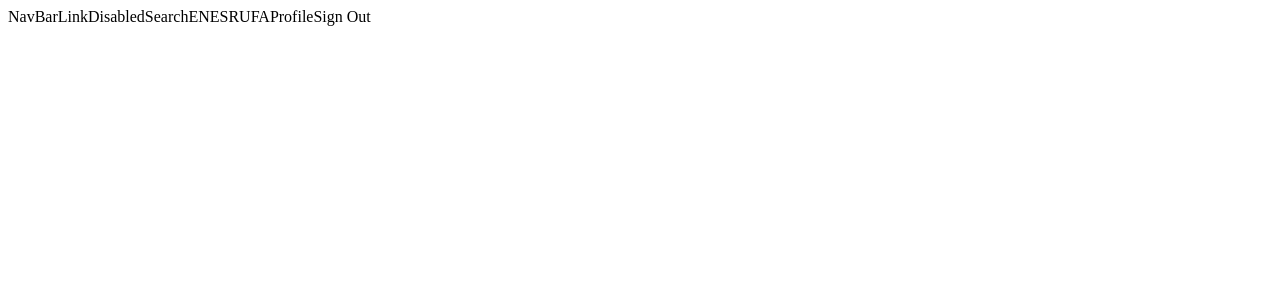
Repository: AHSANS354/ecommerce-catalog
Page: /
An editor plug-in stored every save of this project. The page is shown before and after the next save, followed by the edit.
The browser window is 1280 px wide. The pictures show the whole page.
The project was rebuilt for these pictures with package versions that can differ from the ones it lists, and the page was loaded fresh each time. Also part of the build but not shown: vue.config.js.

Above is the page before, as saved 2023-03-01 15:09:41.

### src/App.vue
<template>
  <div id="app">
    <router-view />
  </div>
</template>

### src/views/HomeView.vue
<template>
  <div class="home">
    <navbar-view />
  </div>
</template>

<script>
import NavbarView from "@/components/NavbarView.vue";
// @ is an alias to /src

export default {
  name: "HomeView",
  components: {
    NavbarView,
  },
};
</script>

### src/components/NavbarView.vue
<template>
  <div class="container">
    <b-navbar toggleable="lg" type="dark" variant="info">
      <b-navbar-brand href="#">NavBar</b-navbar-brand>

      <b-navbar-toggle target="nav-collapse"></b-navbar-toggle>

      <b-collapse id="nav-collapse" is-nav>
        <b-navbar-nav>
          <b-nav-item href="#">Link</b-nav-item>
          <b-nav-item href="#" disabled>Disabled</b-nav-item>
        </b-navbar-nav>

        <!-- Right aligned nav items -->
        <b-navbar-nav class="ml-auto">
          <b-nav-form>
            <b-form-input
              size="sm"
              class="mr-sm-2"
              placeholder="Search"
            ></b-form-input>
            <b-button size="sm" class="my-2 my-sm-0" type="submit"
              >Search</b-button
            >
          </b-nav-form>

          <b-nav-item-dropdown text="Lang" right>
            <b-dropdown-item href="#">EN</b-dropdown-item>
            <b-dropdown-item href="#">ES</b-dropdown-item>
            <b-dropdown-item href="#">RU</b-dropdown-item>
            <b-dropdown-item href="#">FA</b-dropdown-item>
          </b-nav-item-dropdown>

          <b-nav-item-dropdown right>
            <!-- Using 'button-content' slot -->
            <template #button-content>
              <em>User</em>
            </template>
            <b-dropdown-item href="#">Profile</b-dropdown-item>
            <b-dropdown-item href="#">Sign Out</b-dropdown-item>
          </b-nav-item-dropdown>
        </b-navbar-nav>
      </b-collapse>
    </b-navbar>
  </div>
</template>

<script>
export default {
  name: "NavbarView",
};
</script>

<style>
</style>

Loaded but not shown: public/index.html (common file); src/main.js (common file); src/router/index.js (common file)

After the next save:
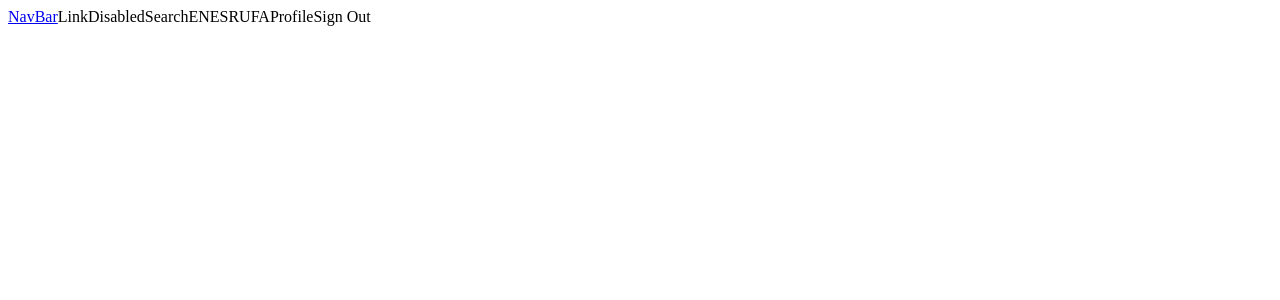
Saved 2 min 1 s later.
--- a/src/components/NavbarView.vue
+++ b/src/components/NavbarView.vue
@@ -1,7 +1,7 @@
 <template>
   <div class="container">
     <b-navbar toggleable="lg" type="dark" variant="info">
-      <b-navbar-brand href="#">NavBar</b-navbar-brand>
+      <router-link class="navbar-brand fixed-top" to="/">NavBar</router-link>
 
       <b-navbar-toggle target="nav-collapse"></b-navbar-toggle>
 
